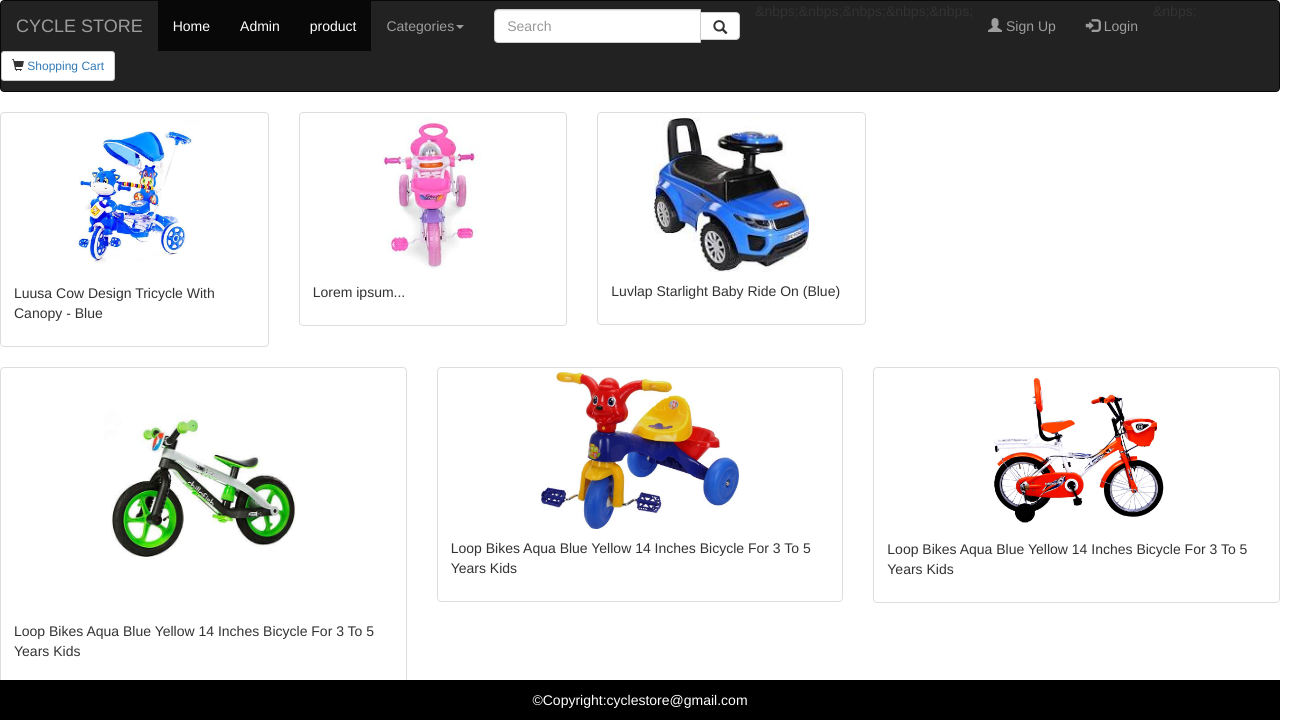
Repository: SumiyaSulaiman/project1
Page: http://localhost/cycle/kids.jsp
The author's editor kept a copy of each file at every save. The page is drawn from the files as they stood at one save, then again after the next save.
The browser window is 1280 px wide. The page is 1295 px wide, so the pictures cover 1295 px, including what lies to the right of the window. The pictures show the whole page.
Some web libraries are served in a nearby version. The page is served by Tomcat 9. Nobody is signed in. The application's start-up code is not run.

Above is the page before, as saved 2017-12-21 18:00:58.

After the next save:
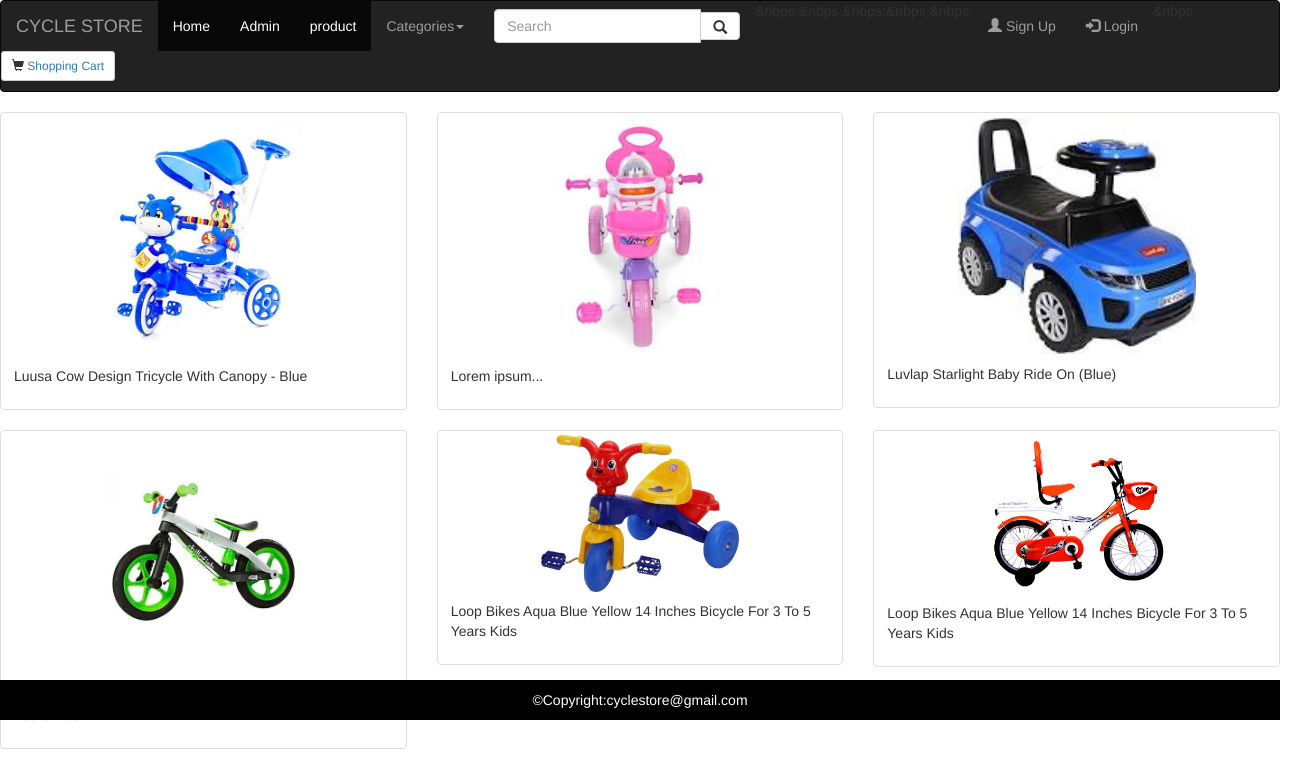
Saved 56 s later.
--- a/project/cycle/src/main/webapp/kids.jsp
+++ b/project/cycle/src/main/webapp/kids.jsp
@@ -15,7 +15,7 @@
 
 <jsp:include page="header.jsp"></jsp:include>
 
-<div class="row" style="width:70%;">
+<div class="row" style="height:70%;">
   <div class="col-md-4">
     <div class="thumbnail">
       <a href="./resources/baby1.jpg">
